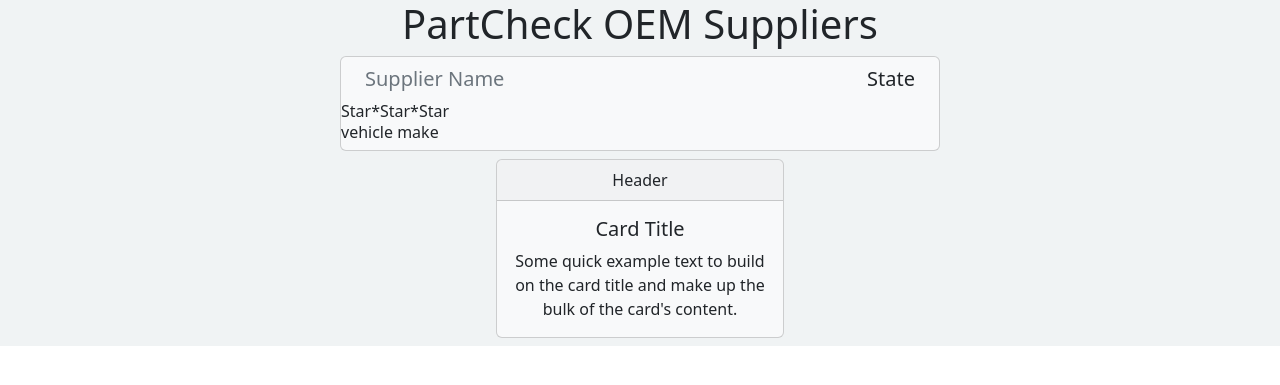
Repository: trungna4699/coding_challenge
Page: /
An editor plug-in stored every save of this project. The page is shown before and after the next save, followed by the edit.
The browser window is 1280 px wide. The pictures show the whole page.
The project was rebuilt for these pictures with package versions that can differ from the ones it lists, and the page was loaded fresh each time.

Above is the page before, as saved 2022-09-01 16:38:48.

After the next save:
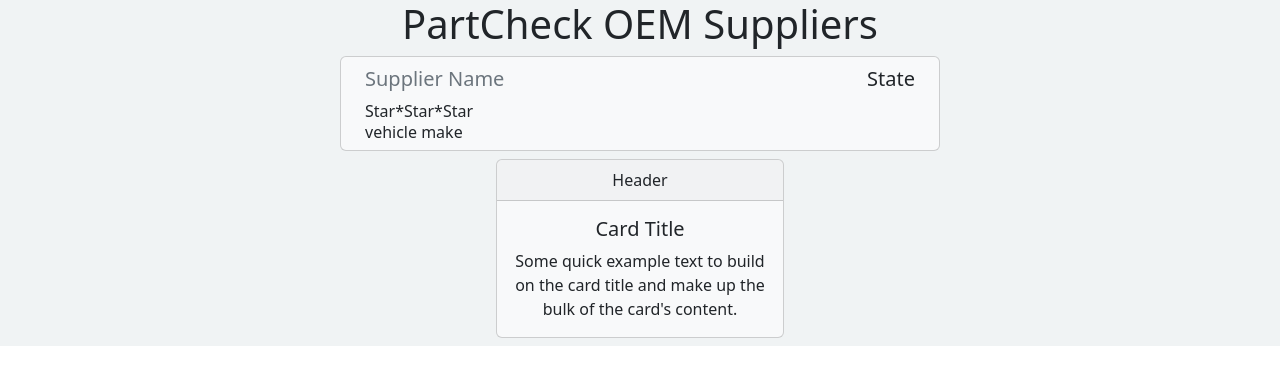
Saved 16 s later.
--- a/src/App.js
+++ b/src/App.js
@@ -24,10 +24,10 @@ function App() {
               <h5 className='me-4'>State</h5>
             </div>
 
-            <div id="ratingStar">
+            <div className="ms-4" id="ratingStar">
               Star*Star*Star
             </div>
-            <div id="vehicleList">
+            <div className="ms-4" id="vehicleList">
               <h6>vehicle make</h6>
             </div>
           </div>
